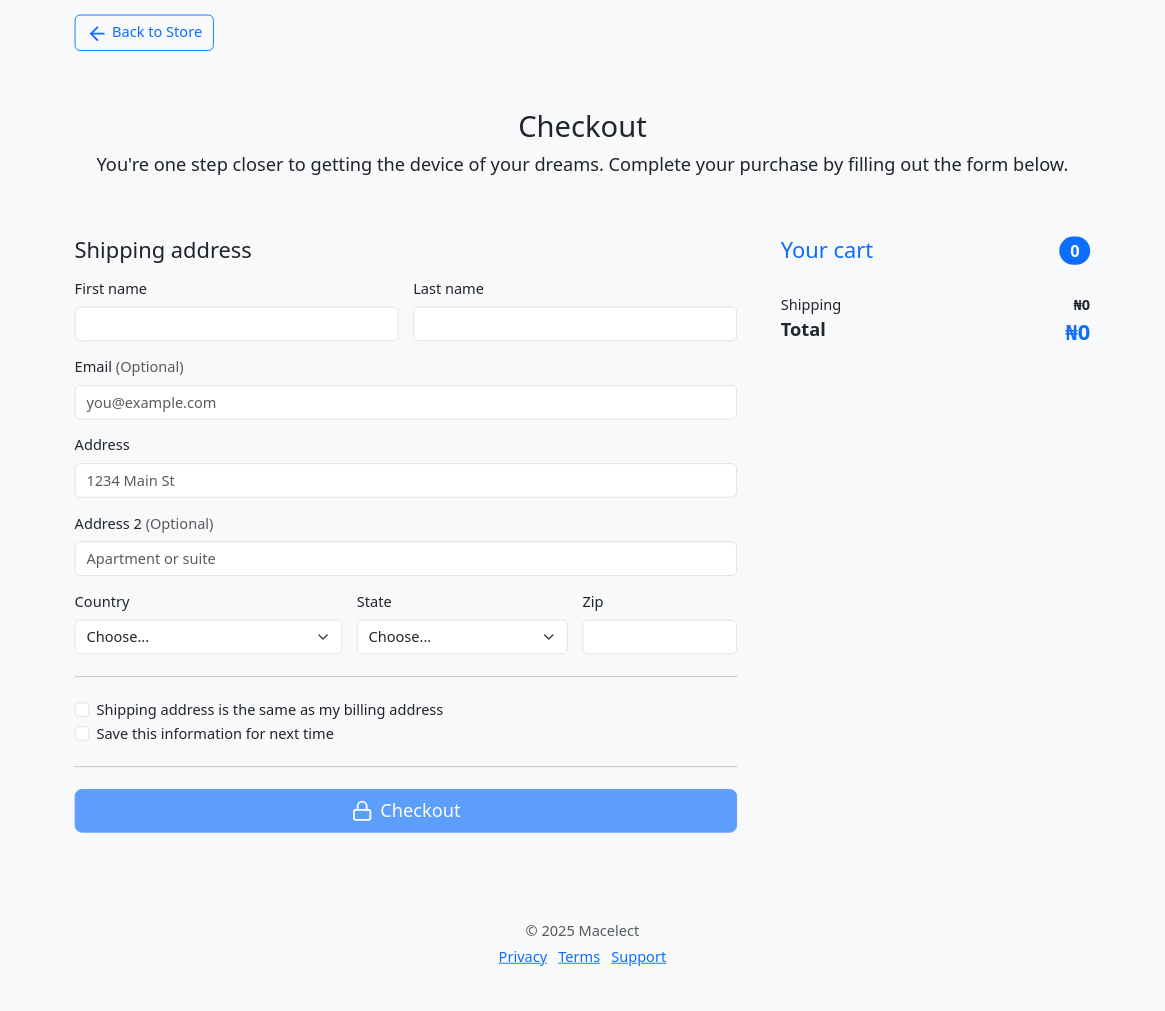
Repository: Davidobi21/macelect
Page: frontend/pages/checkout.html
The author's editor kept a copy of each file at every save. The page is drawn from the files as they stood at one save, then again after the next save.
The browser window is 1280 px wide. The pictures show the whole page, at 91% of full size.

Above is the page before, as saved 2025-04-30 07:21:34.

### frontend/pages/checkout.html
<!DOCTYPE html>
<html lang="en">
<head>
  <meta charset="UTF-8">
  <meta name="viewport" content="width=device-width, initial-scale=1.0">
  <title>Checkout</title>
  <script src="https://cdn.jsdelivr.net/npm/lucide@latest/dist/umd/lucide.min.js"></script>
  <link href="https://cdn.jsdelivr.net/npm/bootstrap@5.3.0-alpha1/dist/css/bootstrap.min.css" rel="stylesheet">
</head>
<body class="bg-light">
  <div class="container">
    <!-- Back Button -->
    <div class="py-3">
      <a href="../pages/products.html" class="btn btn-outline-primary align-items-center gap-2">
        <i data-lucide="arrow-left"></i> Back to Store
      </a>
    </div>

    <main>
      <div class="py-5 text-center">
        <h2>Checkout</h2>
        <p class="lead">You're one step closer to getting the device of your dreams. Complete your purchase by filling out the form below.</p>
      </div>

      <div class="row g-5">
        <!-- Cart Summary -->
        <div class="col-md-5 col-lg-4 order-md-last">
          <h4 class="d-flex justify-content-between align-items-center mb-3">
            <span class="text-primary">Your cart</span>
            <span class="badge bg-primary rounded-pill cart-count">0</span>
          </h4>
          <ul class="list-group mb-3" id="cart-summary">
            <!-- Cart items will be dynamically populated here -->
          </ul>
          <li class="list-group-item d-flex justify-content-between">
            <span>Shipping</span>
            <strong id="shipping-cost">₦0</strong>
          </li>
          <li class="list-group-item d-flex justify-content-between">
            <span class="fs-5 fw-bold">Total</span>
            <strong id="cart-total" class="fs-4 fw-bold text-primary">₦0</strong>
          </li>
        </div>

        <!-- Billing Form -->
        <div class="col-md-7 col-lg-8">
          <h4 class="mb-3">Shipping address</h4>
          <form>
            <div class="row g-3">
              <div class="col-sm-6">
                <label for="firstName" class="form-label">First name</label>
                <input type="text" class="form-control" id="firstName" placeholder="" value="" required>
              </div>

              <div class="col-sm-6">
                <label for="lastName" class="form-label">Last name</label>
                <input type="text" class="form-control" id="lastName" placeholder="" value="" required>
              </div>

              <div class="col-12">
                <label for="email" class="form-label">Email <span class="text-muted">(Optional)</span></label>
                <input type="email" class="form-control" id="email" placeholder="you@example.com">
              </div>

              <div class="col-12">
                <label for="address" class="form-label">Address</label>
                <input type="text" class="form-control" id="address" placeholder="1234 Main St" required>
              </div>

              <div class="col-12">
                <label for="address2" class="form-label">Address 2 <span class="text-muted">(Optional)</span></label>
                <input type="text" class="form-control" id="address2" placeholder="Apartment or suite">
              </div>

              <div class="col-md-5">
                <label for="country" class="form-label">Country</label>
                <select class="form-select" id="country" required>
                  <option value="">Choose...</option>
                  <option value="Nigeria">Nigeria</option>
                  <option value="United States">United States</option>
                </select>
              </div>

              <div class="col-md-4">
                <label for="state" class="form-label">State</label>
                <select class="form-select" id="state" required>
                  <option value="">Choose...</option>
                  <option value="Lagos">Lagos</option>
                  <option value="California">California</option>
                </select>
              </div>

              <div class="col-md-3">
                <label for="zip" class="form-label">Zip</label>
                <input type="text" class="form-control" id="zip" placeholder="" required>
              </div>
            </div>

            <hr class="my-4">

            <div class="form-check">
              <input type="checkbox" class="form-check-input" id="same-address">
              <label class="form-check-label" for="same-address">Shipping address is the same as my billing address</label>
            </div>

            <div class="form-check">
              <input type="checkbox" class="form-check-input" id="save-info">
              <label class="form-check-label" for="save-info">Save this information for next time</label>
            </div>

            <hr class="my-4">

            <button id="checkoutButton" class="w-100 btn btn-primary btn-lg d-flex align-items-center justify-content-center gap-2" type="submit" disabled>
              <i id="padlockIcon" data-lucide="lock"></i> Checkout
            </button>
          </form>
        </div>
      </div>
    </main>

    <footer class="my-5 pt-5 text-muted text-center text-small">
      <p class="mb-1">© 2025 Macelect</p>
      <ul class="list-inline">
        <li class="list-inline-item"><a href="../pages/fqa.html">Privacy</a></li>
        <li class="list-inline-item"><a href="../pages/fqa.html">Terms</a></li>
        <li class="list-inline-item"><a href="../pages/fqa.html">Support</a></li>
      </ul>
    </footer>
  </div>
  <script src="https://cdn.jsdelivr.net/npm/bootstrap@5.3.0-alpha1/dist/js/bootstrap.bundle.min.js"></script>
  <script>
    document.addEventListener("DOMContentLoaded", () => {
      lucide.createIcons(); // Initialize Lucide icons

      const cartSummary = document.getElementById("cart-summary");
      const cartTotal = document.getElementById("cart-total");
      const shippingCostElement = document.getElementById("shipping-cost");
      const cartCount = document.querySelector(".cart-count");
      const countrySelect = document.getElementById("country");
      const stateSelect = document.getElementById("state");
      const checkoutButton = document.getElementById("checkoutButton");
      const padlockIcon = document.getElementById("padlockIcon");
      const formInputs = document.querySelectorAll("#firstName, #lastName, #email, #address, #country, #state, #zip");

      const cart = JSON.parse(localStorage.getItem("cart")) || [];
      let total = 0;

      function calculateShippingCost(country, state) {
        if (country === "Nigeria") {
          if (state === "Lagos") return 500; // Example shipping cost for Lagos
          return 1000; // Example shipping cost for other states in Nigeria
        } else if (country === "United States") {
          return 5000; // Example shipping cost for the US
        }
        return 0; // Default shipping cost
      }

      function updateCartSummary() {
        cartSummary.innerHTML = ""; // Clear existing content
        total = 0;

        cart.forEach(item => {
          const itemTotal = item.price * item.quantity;
          total += itemTotal;

          const listItem = document.createElement("li");
          listItem.className = "list-group-item d-flex justify-content-between lh-sm";
          listItem.innerHTML = `
            <div>
              <h6 class="my-0">${item.name}</h6>
              <small class="text-muted">Quantity: ${item.quantity}</small>
            </div>
            <span class="text-muted">₦${itemTotal.toLocaleString()}</span>
          `;
          cartSummary.appendChild(listItem);
        });

        const country = countrySelect.value;
        const state = stateSelect.value;
        const shippingCost = calculateShippingCost(country, state);

        shippingCostElement.textContent = `₦${shippingCost.toLocaleString()}`;
        cartTotal.textContent = `₦${(total + shippingCost).toLocaleString()}`;
        cartCount.textContent = cart.reduce((count, item) => count + item.quantity, 0);

        validateCheckoutButton(); // Check if the button should be enabled
      }

      function validateCheckoutButton() {
        const isFormValid = Array.from(formInputs).every(input => input.value.trim() !== "");
        const isCartNotEmpty = cart.length > 0;

        if (isFormValid && isCartNotEmpty) {
          checkoutButton.disabled = false;
          padlockIcon.setAttribute("data-lucide", "unlock");
        } else {
          checkoutButton.disabled = true;
          padlockIcon.setAttribute("data-lucide", "lock");
        }
        lucide.createIcons(); // Refresh Lucide icons after updating the padlock
      }

      formInputs.forEach(input => {
        input.addEventListener("input", validateCheckoutButton);
      });

      countrySelect.addEventListener("change", updateCartSummary);
      stateSelect.addEventListener("change", updateCartSummary);

      updateCartSummary(); // Initial update
    });
  </script>
</body>
</html>

After the next save:
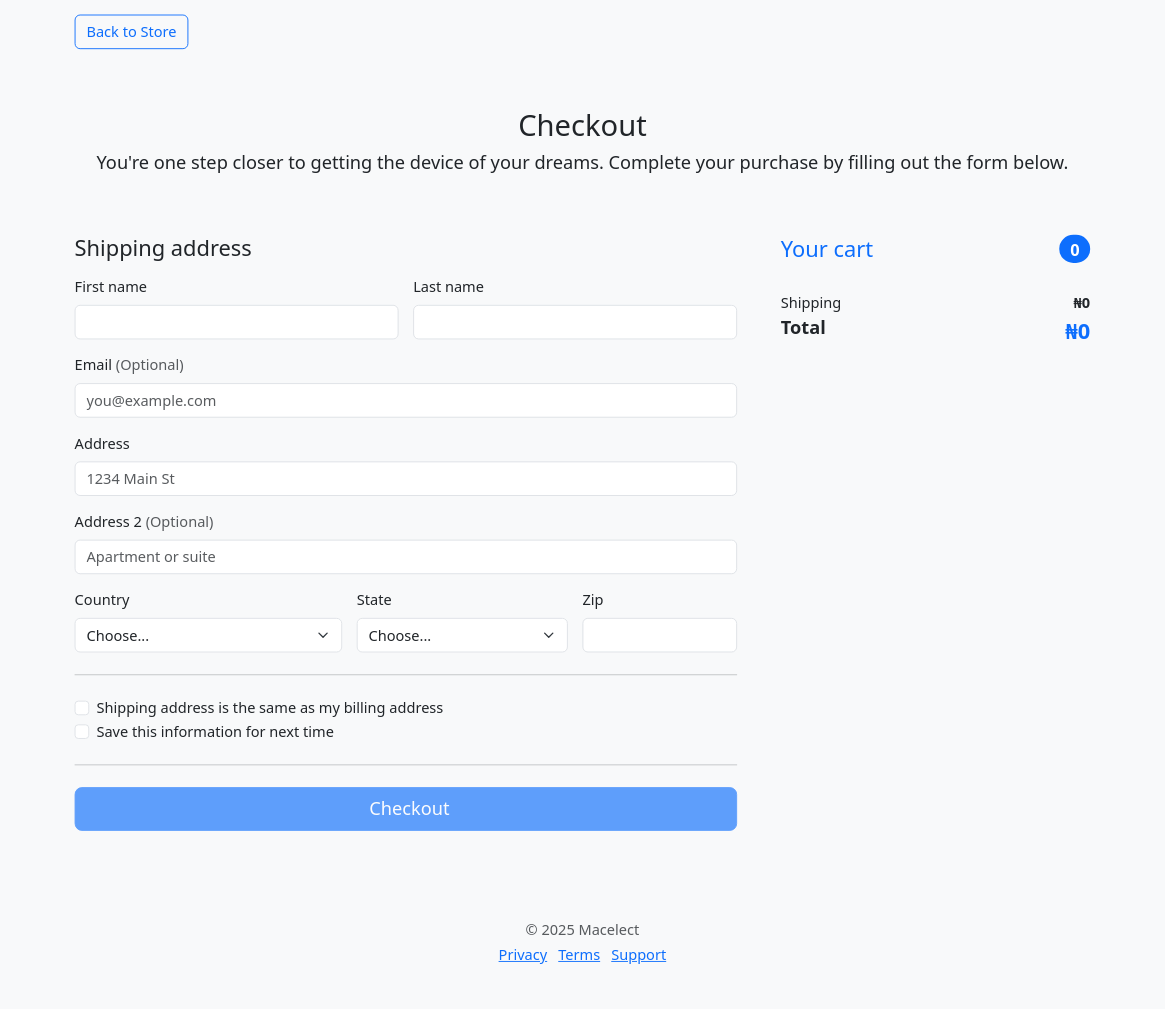
Not found: frontend/pages/js/checkout.js
Saved 100 s later.
--- a/frontend/pages/checkout.html
+++ b/frontend/pages/checkout.html
@@ -5,6 +5,7 @@
   <meta name="viewport" content="width=device-width, initial-scale=1.0">
   <title>Checkout</title>
   <script src="https://cdn.jsdelivr.net/npm/lucide@latest/dist/umd/lucide.min.js"></script>
+  <script src="./js/checkout.js" defer></script>
   <link href="https://cdn.jsdelivr.net/npm/bootstrap@5.3.0-alpha1/dist/css/bootstrap.min.css" rel="stylesheet">
 </head>
 <body class="bg-light">
@@ -128,87 +129,5 @@
     </footer>
   </div>
   <script src="https://cdn.jsdelivr.net/npm/bootstrap@5.3.0-alpha1/dist/js/bootstrap.bundle.min.js"></script>
-  <script>
-    document.addEventListener("DOMContentLoaded", () => {
-      lucide.createIcons(); // Initialize Lucide icons
-
-      const cartSummary = document.getElementById("cart-summary");
-      const cartTotal = document.getElementById("cart-total");
-      const shippingCostElement = document.getElementById("shipping-cost");
-      const cartCount = document.querySelector(".cart-count");
-      const countrySelect = document.getElementById("country");
-      const stateSelect = document.getElementById("state");
-      const checkoutButton = document.getElementById("checkoutButton");
-      const padlockIcon = document.getElementById("padlockIcon");
-      const formInputs = document.querySelectorAll("#firstName, #lastName, #email, #address, #country, #state, #zip");
-
-      const cart = JSON.parse(localStorage.getItem("cart")) || [];
-      let total = 0;
-
-      function calculateShippingCost(country, state) {
-        if (country === "Nigeria") {
-          if (state === "Lagos") return 500; // Example shipping cost for Lagos
-          return 1000; // Example shipping cost for other states in Nigeria
-        } else if (country === "United States") {
-          return 5000; // Example shipping cost for the US
-        }
-        return 0; // Default shipping cost
-      }
-
-      function updateCartSummary() {
-        cartSummary.innerHTML = ""; // Clear existing content
-        total = 0;
-
-        cart.forEach(item => {
-          const itemTotal = item.price * item.quantity;
-          total += itemTotal;
-
-          const listItem = document.createElement("li");
-          listItem.className = "list-group-item d-flex justify-content-between lh-sm";
-          listItem.innerHTML = `
-            <div>
-              <h6 class="my-0">${item.name}</h6>
-              <small class="text-muted">Quantity: ${item.quantity}</small>
-            </div>
-            <span class="text-muted">₦${itemTotal.toLocaleString()}</span>
-          `;
-          cartSummary.appendChild(listItem);
-        });
-
-        const country = countrySelect.value;
-        const state = stateSelect.value;
-        const shippingCost = calculateShippingCost(country, state);
-
-        shippingCostElement.textContent = `₦${shippingCost.toLocaleString()}`;
-        cartTotal.textContent = `₦${(total + shippingCost).toLocaleString()}`;
-        cartCount.textContent = cart.reduce((count, item) => count + item.quantity, 0);
-
-        validateCheckoutButton(); // Check if the button should be enabled
-      }
-
-      function validateCheckoutButton() {
-        const isFormValid = Array.from(formInputs).every(input => input.value.trim() !== "");
-        const isCartNotEmpty = cart.length > 0;
-
-        if (isFormValid && isCartNotEmpty) {
-          checkoutButton.disabled = false;
-          padlockIcon.setAttribute("data-lucide", "unlock");
-        } else {
-          checkoutButton.disabled = true;
-          padlockIcon.setAttribute("data-lucide", "lock");
-        }
-        lucide.createIcons(); // Refresh Lucide icons after updating the padlock
-      }
-
-      formInputs.forEach(input => {
-        input.addEventListener("input", validateCheckoutButton);
-      });
-
-      countrySelect.addEventListener("change", updateCartSummary);
-      stateSelect.addEventListener("change", updateCartSummary);
-
-      updateCartSummary(); // Initial update
-    });
-  </script>
 </body>
 </html>
